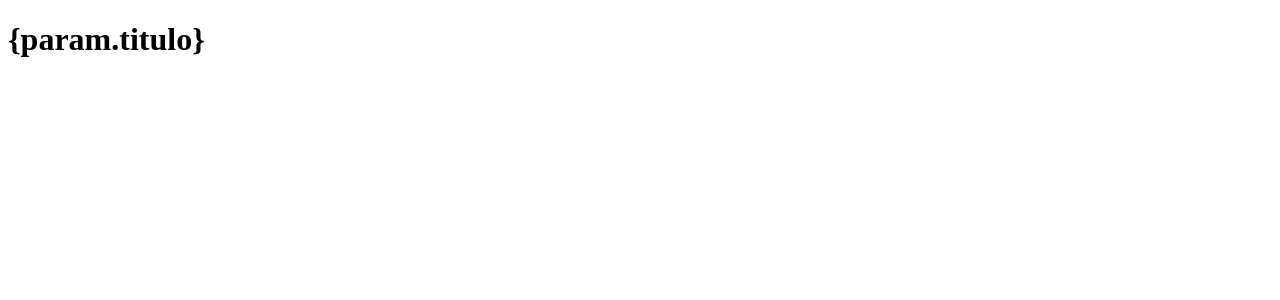
Repository: GabrielGGhost/EstudoJavaAW1-AW2
Page: http://localhost/estudos19/jsp/paginaP1.jsp
The author's editor kept a copy of each file at every save. The page is drawn from the files as they stood at one save, then again after a run of saves.
The browser window is 1280 px wide. The pictures show the whole page.
The page is served by Tomcat 9.

Above is the page before, as saved 2020-10-27 18:16:26.

### estudos19/WebContent/jsp/paginaP1.jsp
<%@ page language="java" contentType="text/html; charset=ISO-8859-1"
    pageEncoding="ISO-8859-1"%>
<!DOCTYPE html PUBLIC "-//W3C//DTD HTML 4.01 Transitional//EN" "http://www.w3.org/TR/html4/loose.dtd">
<html>
<head>
<meta http-equiv="Content-Type" content="text/html; charset=ISO-8859-1">
<title>Insert title here</title>
</head>
<body>
	<jsp:include page="cabecalho.jsp">
		<jsp:param value="Loja Virtual" name="titulo"/>
	</jsp:include>
</body>
</html>

### estudos19/WebContent/jsp/cabecalho.jsp
<h1>{param.titulo}</h1>

After the next 2 saves:
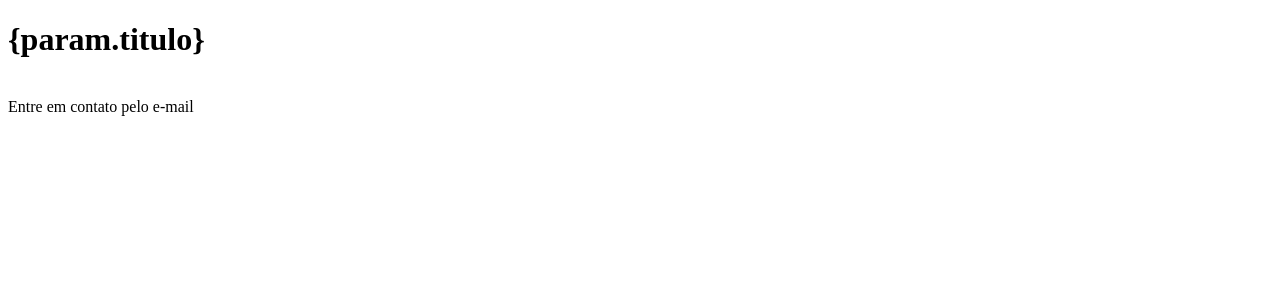
The 2 saves are shown as one change because they came seconds apart.
The last was saved 36 s later.
--- a/estudos19/WebContent/jsp/paginaP1.jsp
+++ b/estudos19/WebContent/jsp/paginaP1.jsp
@@ -10,5 +10,7 @@
 	<jsp:include page="cabecalho.jsp">
 		<jsp:param value="Loja Virtual" name="titulo"/>
 	</jsp:include>
+	<br>
+	Entre em contato pelo e-mail ${initParam.email}
 </body>
 </html>
